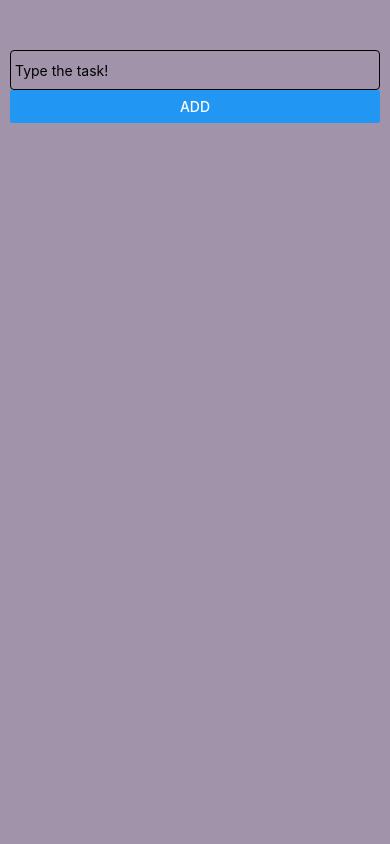
Repository: md-ateeq/ToDoApp
Screen: /
The author's editor kept a copy of each file at every save. The screen is drawn from the files as they stood at one save, then again after the next save.
The app was drawn by React Native's web renderer in a window 390 px wide. The project was rebuilt for these pictures with package versions that can differ from the ones it lists, and the page was loaded fresh each time.

Above is the screen before, as saved 2019-09-20 18:25:59.

After the next save:
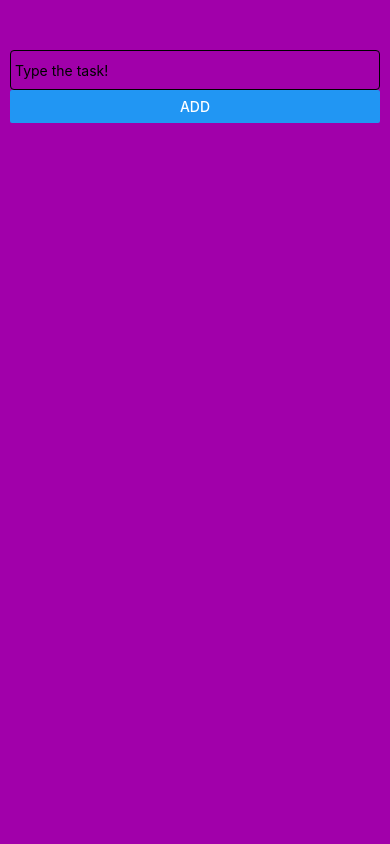
Saved 11 s later.
--- a/App.js
+++ b/App.js
@@ -29,7 +29,7 @@
 
   render() {
     return (
-      <View style={{padding: 10, backgroundColor: '#a194aa', flex: 1}}>
+      <View style={{padding: 10, backgroundColor: '#a100aa', flex: 1}}>
         <TextInput
           style={{height: 40, marginTop: 40, borderWidth: 1, borderRadius: 4, padding: 4}}
           placeholder="Type the task!"

After the save that followed:
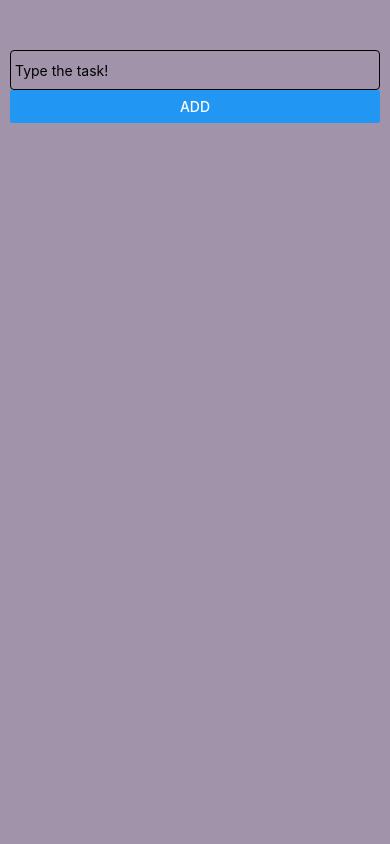
Saved 7 s later.
--- a/App.js
+++ b/App.js
@@ -29,7 +29,7 @@
 
   render() {
     return (
-      <View style={{padding: 10, backgroundColor: '#a100aa', flex: 1}}>
+      <View style={{padding: 10, backgroundColor: '#a194aa', flex: 1}}>
         <TextInput
           style={{height: 40, marginTop: 40, borderWidth: 1, borderRadius: 4, padding: 4}}
           placeholder="Type the task!"
